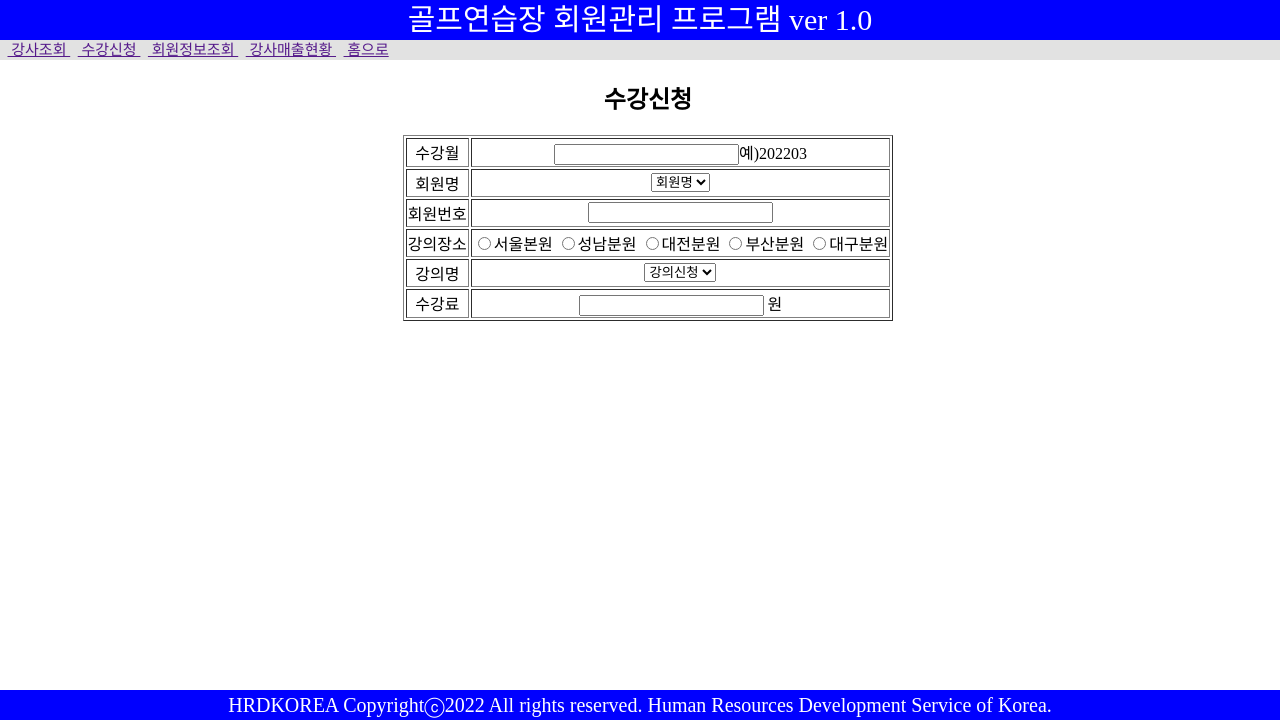
Repository: YeoJeongmo/hrdKorea
Page: http://localhost/HRD_01/insert.jsp
The author's editor kept a copy of each file at every save. The page is drawn from the files as they stood at one save, then again after the next save.
The browser window is 1280 px wide. The pictures show the whole page.
The page is served by Tomcat 9.

Above is the page before, as saved 2024-09-02 05:41:49.

After the next save:
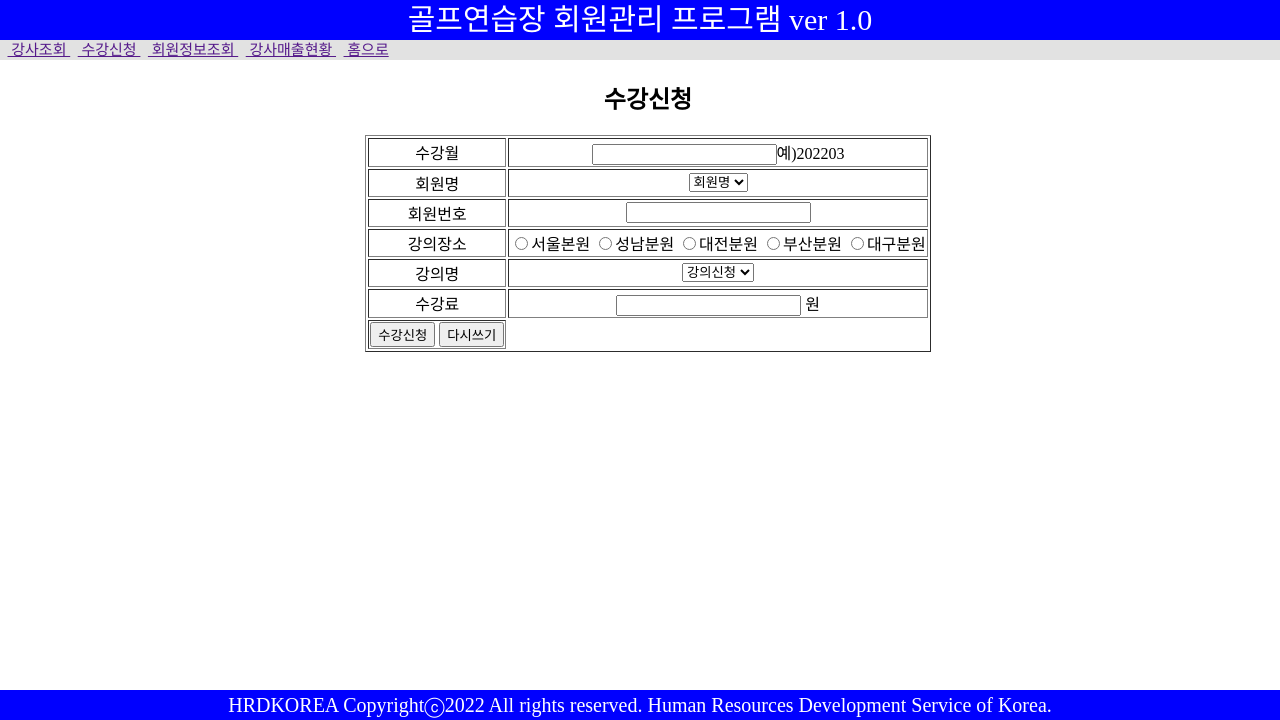
Saved 51 s later.
--- a/cbq_01/workspace/HRD_01/src/main/webapp/insert.jsp
+++ b/cbq_01/workspace/HRD_01/src/main/webapp/insert.jsp
@@ -61,6 +61,12 @@
 				<td> 수강료 </td>
 				<td> <input type="text" name="tuition"> 원</td>
 			</tr>
+			<tr>
+				<td>
+					<input type="button" value="수강신청" onclick="addCheck()">
+					<input type="button" value="다시쓰기">
+				</td>
+			</tr>
 		</table>
 	</form>
 </section>
